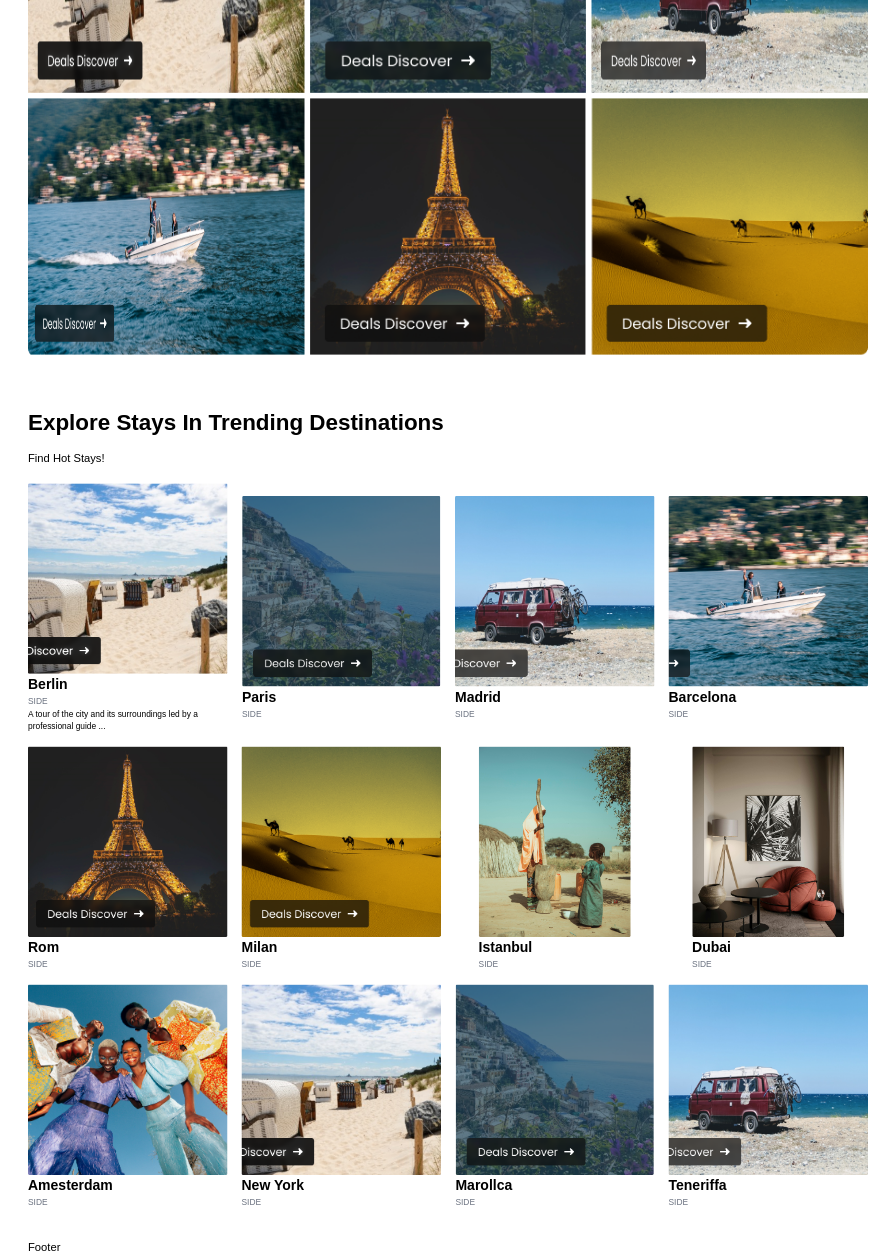
Repository: Quynhhuong150322/DIKO_STUDY_TRAVEL_WEB
Page: /
An editor plug-in stored every save of this project. The page is shown before and after the next save, followed by the edit.
The browser window is 1280 px wide. The pictures show the part of the page from y = 1002 to 2922 px (the page is 2796 px tall before and 2922 px after), at 70% of full size.
The project was rebuilt for these pictures with package versions that can differ from the ones it lists, and the page was loaded fresh each time. Also part of the build but not shown: src/components/Login.js, src/components/Register.js. Imported but missing from the stored project, and not drawn on this page: src/redux/slices/authSlice.

Above is the page before, as saved 2024-02-23 11:25:27.

After the next save:
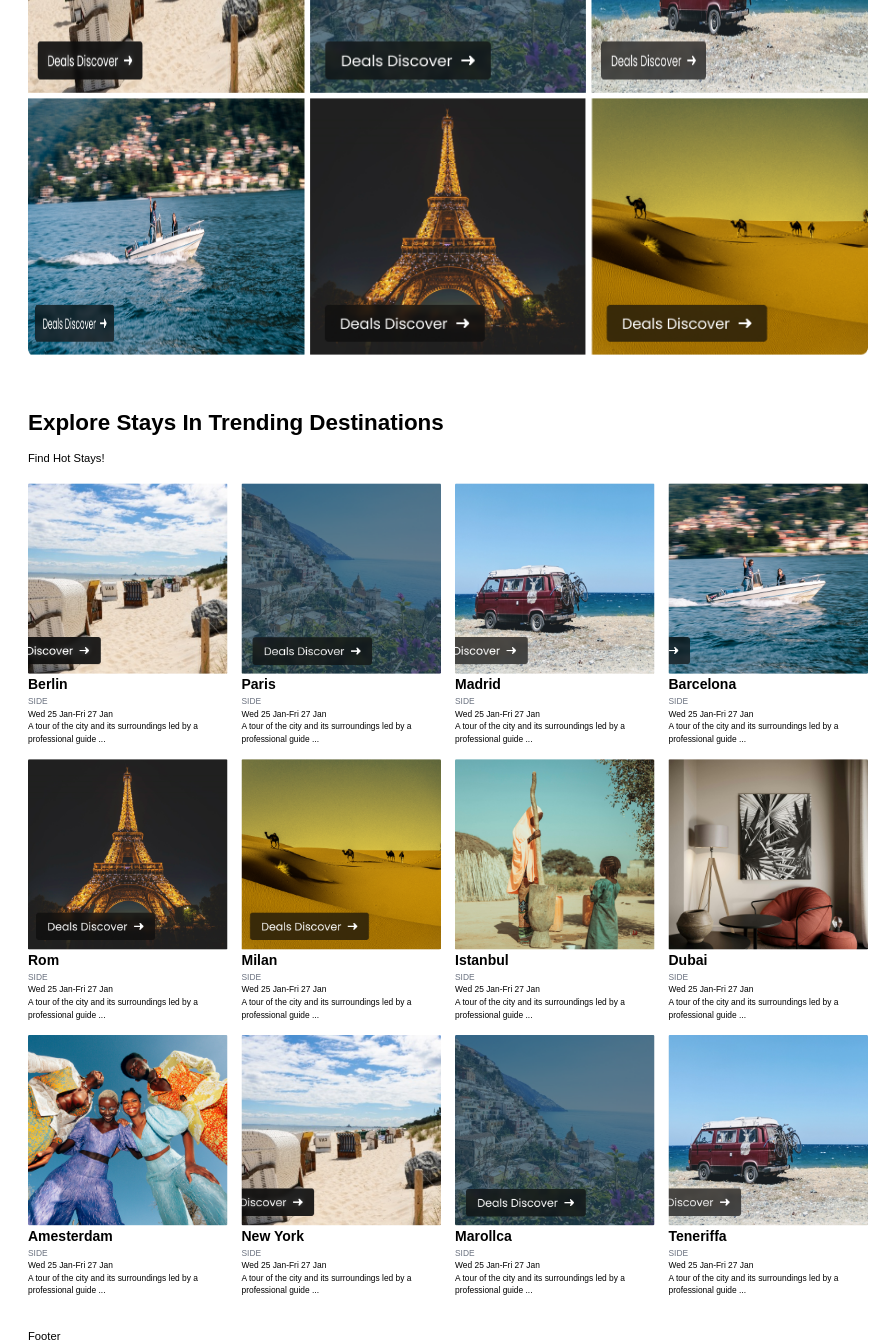
Saved 97 s later.
--- a/src/pages/LangdingPage/Langding.js
+++ b/src/pages/LangdingPage/Langding.js
@@ -86,6 +86,8 @@ const ListCard = [
     location: "Paris",
     side: "SIDE",
     time: "Wed 25 Jan-Fri 27 Jan",
+    title: "A tour of the city and its surroundings led by a professional guide ..."
+
   },
   {
     id: 3,
@@ -93,6 +95,8 @@ const ListCard = [
     location: "Madrid",
     side: "SIDE",
     time: "Wed 25 Jan-Fri 27 Jan",
+    title: "A tour of the city and its surroundings led by a professional guide ..."
+
   },
   {
     id: 4,
@@ -100,6 +104,8 @@ const ListCard = [
     location: "Barcelona",
     side: "SIDE",
     time: "Wed 25 Jan-Fri 27 Jan",
+    title: "A tour of the city and its surroundings led by a professional guide ..."
+
   },
   {
     id: 5,
@@ -107,6 +113,8 @@ const ListCard = [
     location: "Rom",
     side: "SIDE",
     time: "Wed 25 Jan-Fri 27 Jan",
+    title: "A tour of the city and its surroundings led by a professional guide ..."
+
   },
   {
     id: 6,
@@ -114,6 +122,8 @@ const ListCard = [
     location: "Milan",
     side: "SIDE",
     time: "Wed 25 Jan-Fri 27 Jan",
+    title: "A tour of the city and its surroundings led by a professional guide ..."
+
   },
   {
     id: 7,
@@ -121,6 +131,8 @@ const ListCard = [
     location: "Istanbul",
     side: "SIDE",
     time: "Wed 25 Jan-Fri 27 Jan",
+    title: "A tour of the city and its surroundings led by a professional guide ..."
+
   },
   {
     id: 8,
@@ -128,6 +140,8 @@ const ListCard = [
     location: "Dubai",
     side: "SIDE",
     time: "Wed 25 Jan-Fri 27 Jan",
+    title: "A tour of the city and its surroundings led by a professional guide ..."
+
   },
   {
     id: 9,
@@ -135,6 +149,8 @@ const ListCard = [
     location: "Amesterdam",
     side: "SIDE",
     time: "Wed 25 Jan-Fri 27 Jan",
+    title: "A tour of the city and its surroundings led by a professional guide ..."
+
   },
   {
     id: 10,
@@ -142,6 +158,8 @@ const ListCard = [
     location: "New York",
     side: "SIDE",
     time: "Wed 25 Jan-Fri 27 Jan",
+    title: "A tour of the city and its surroundings led by a professional guide ..."
+
   },
   {
     id: 11,
@@ -149,6 +167,8 @@ const ListCard = [
     location: "Marollca",
     side: "SIDE",
     time: "Wed 25 Jan-Fri 27 Jan",
+    title: "A tour of the city and its surroundings led by a professional guide ..."
+
   },
   {
     id: 12,
@@ -156,6 +176,8 @@ const ListCard = [
     location: "Teneriffa",
     side: "SIDE",
     time: "Wed 25 Jan-Fri 27 Jan",
+    title: "A tour of the city and its surroundings led by a professional guide ..."
+
   },
 ]
 
@@ -249,7 +271,7 @@ const Langding = () => {
                 <div className=''>
                   <p className='text-xl font-semibold'>{data.location}</p>
                   <p className='text-sm text-gray-500'>{data.side}</p>
-                  <p className='text-sm'>{data.day}</p>
+                  <p className='text-sm'>{data.time}</p>
                   <p className='text-sm'>{data.title}</p>
                 </div>
               </div>
